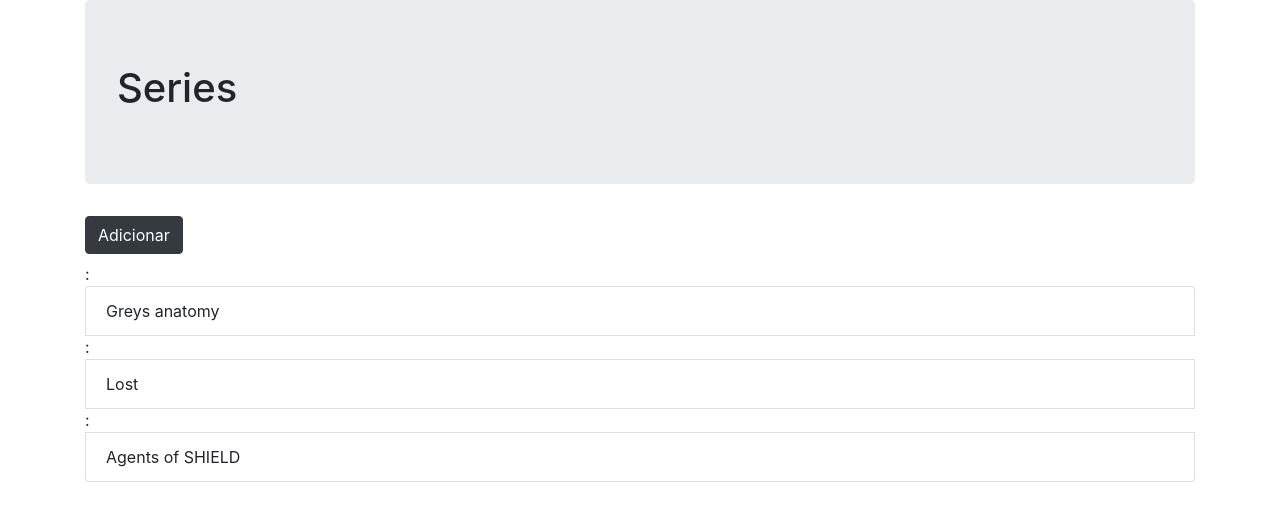
Repository: allan-api/controle-series-laravel
Page: http://localhost/series
The author's editor kept a copy of each file at every save. The page is drawn from the files as they stood at one save, then again after the next save.
The browser window is 1280 px wide. The pictures show the whole page.
The page is served by the project's Laravel application, run on PHP 8.4 with Laravel 8.

Above is the page before, as saved 2019-11-11 17:26:47.

After the next save:
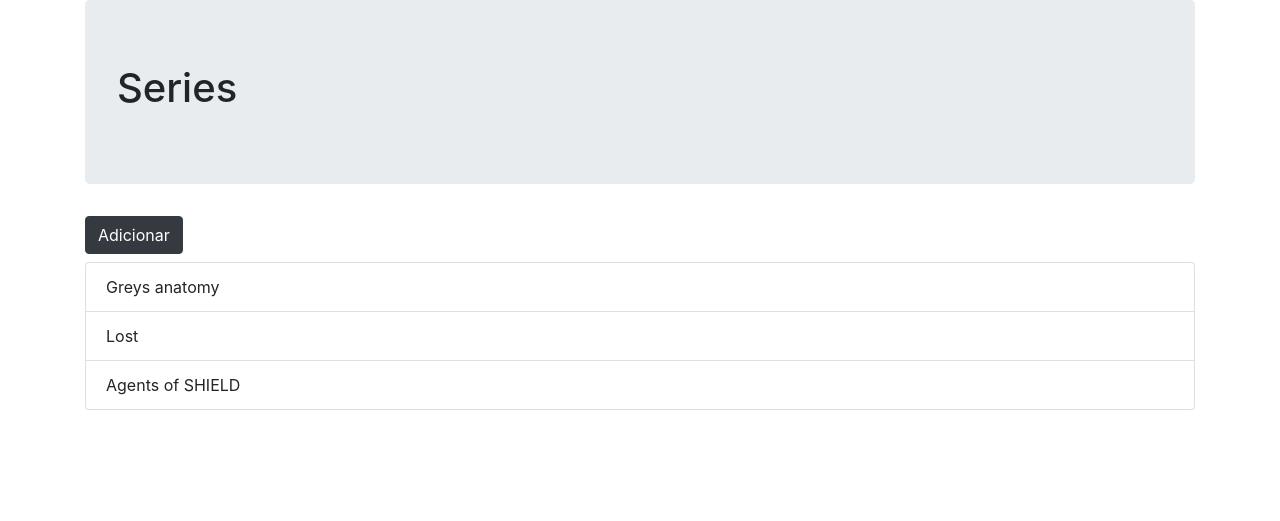
Saved 5 s later.
--- a/resources/views/series/index.blade.php
+++ b/resources/views/series/index.blade.php
@@ -7,7 +7,7 @@ Series</h1>
 @section('conteudo')
 <a href="/series/criar" class="btn btn-dark mb-2">Adicionar</a>
 <ul class="list-group">
-    @foreach ($series as $serie):
+    @foreach ($series as $serie)
         <li class="list-group-item"><?= $serie?></li>
     @endforeach
 </ul>
